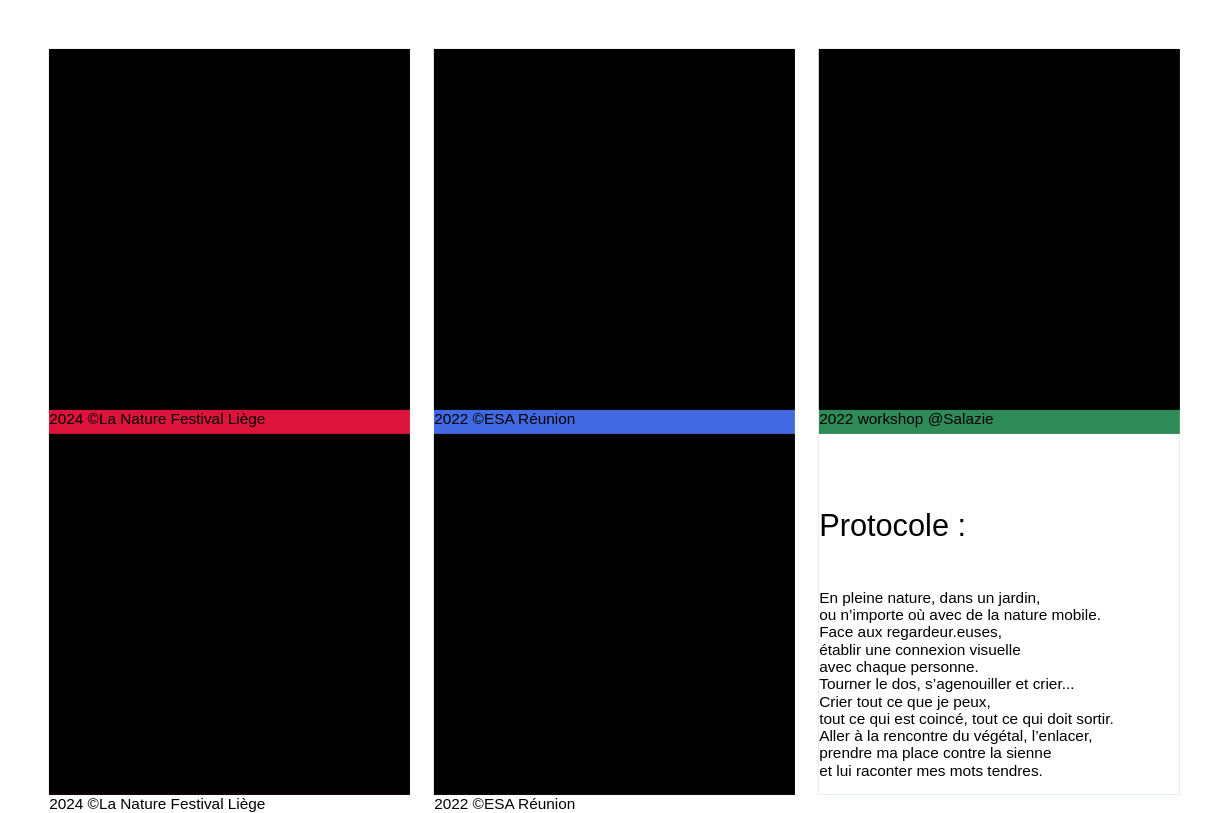
Repository: brunrhb/oce-p
Page: index.html
These files come from the project's save history. The page is drawn as it stood at one moment and after the next save; the edit follows.
The browser window is 1280 px wide. The pictures show the whole page, at 96% of full size.

Above is the page before, as saved 2025-06-04 17:21:30.

After the next save:
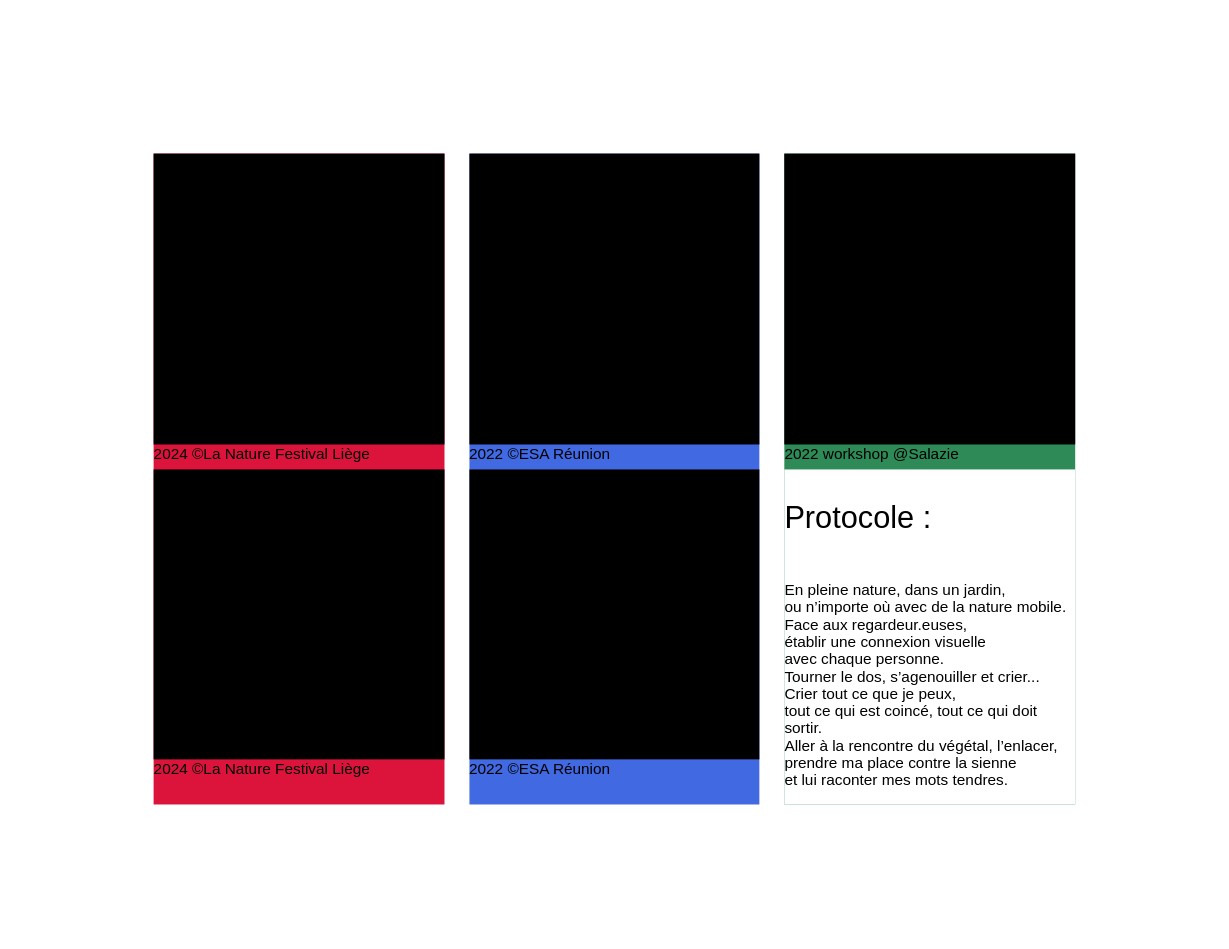
Saved 52 s later.
--- a/styles.css
+++ b/styles.css
@@ -11,7 +11,7 @@ body {
   display: grid;
   grid-template-columns: 1fr 1fr 1fr;
   height: calc(100vh - 4vw);
-  padding: 4vw;
+  padding: 10rem;
   column-gap: 2vw;
 }
 
